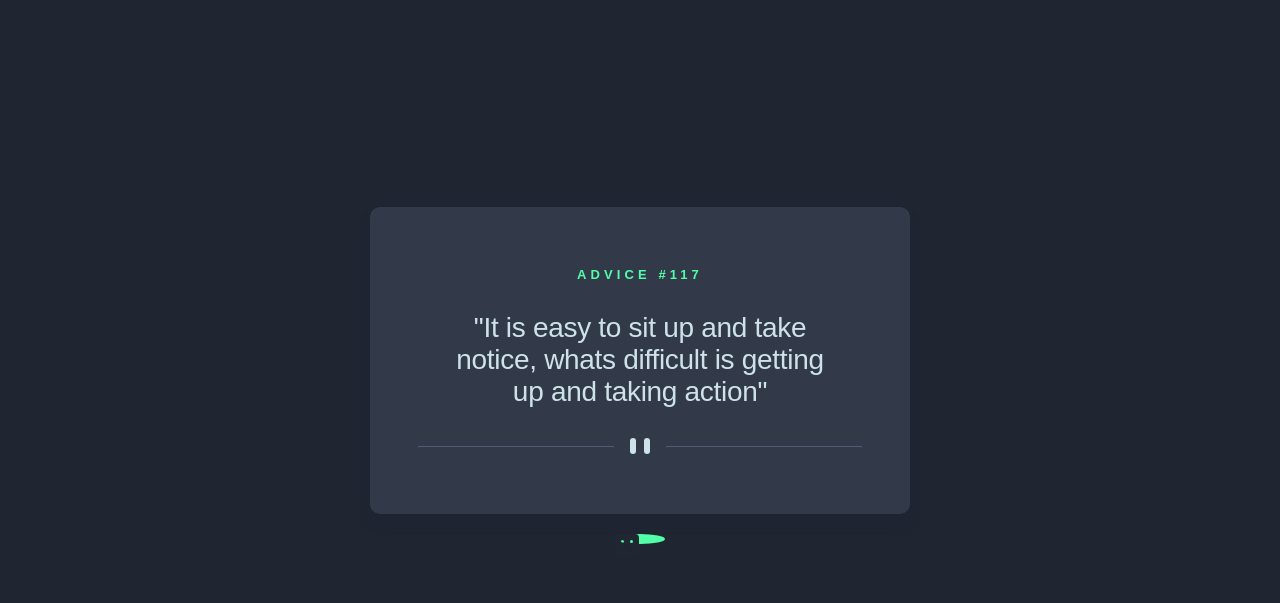
Repository: Arkitecth/advice-generator
Page: index.html
These files come from the project's save history. The page is drawn as it stood at one moment and after the next save; the edit follows.
The browser window is 1280 px wide. The pictures show the whole page.

Above is the page before, as saved 2023-07-12 18:07:51.

After the next save:
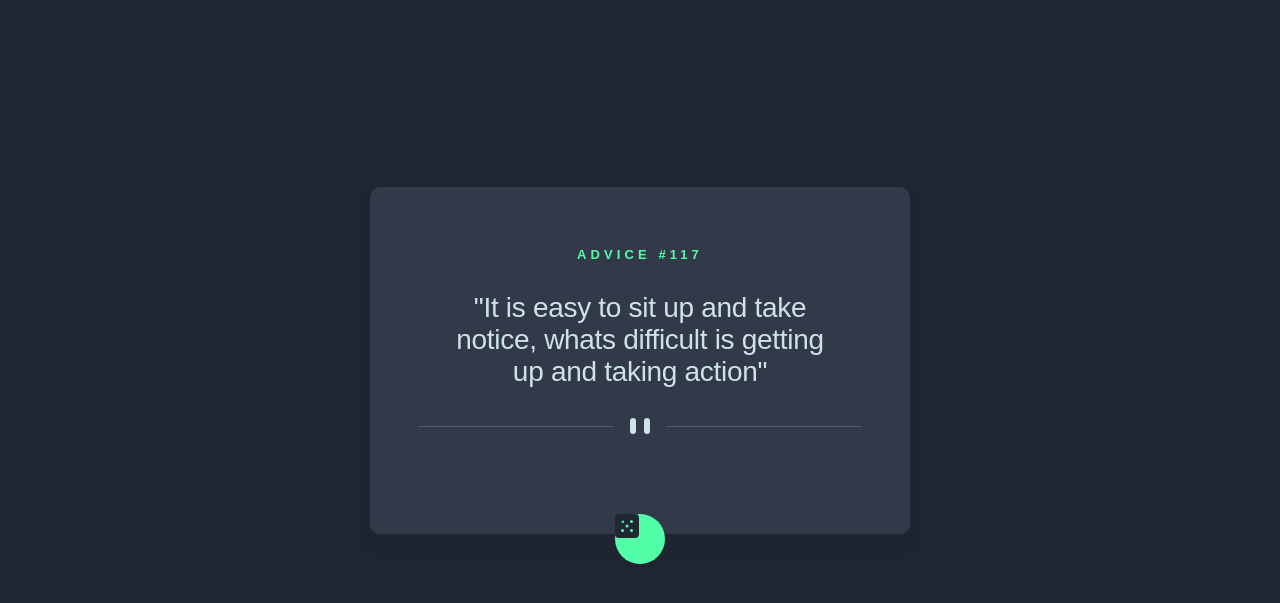
Saved 24 s later.
--- a/style.css
+++ b/style.css
@@ -63,9 +63,10 @@
     background-color: var(--neon-green);
     border-radius: 50%;
     width: 50px;
-    height: 10px;
+    height: 50px;
 }
 
 .dice-icon {
+    display: flex;
     text-align: center;
 }
